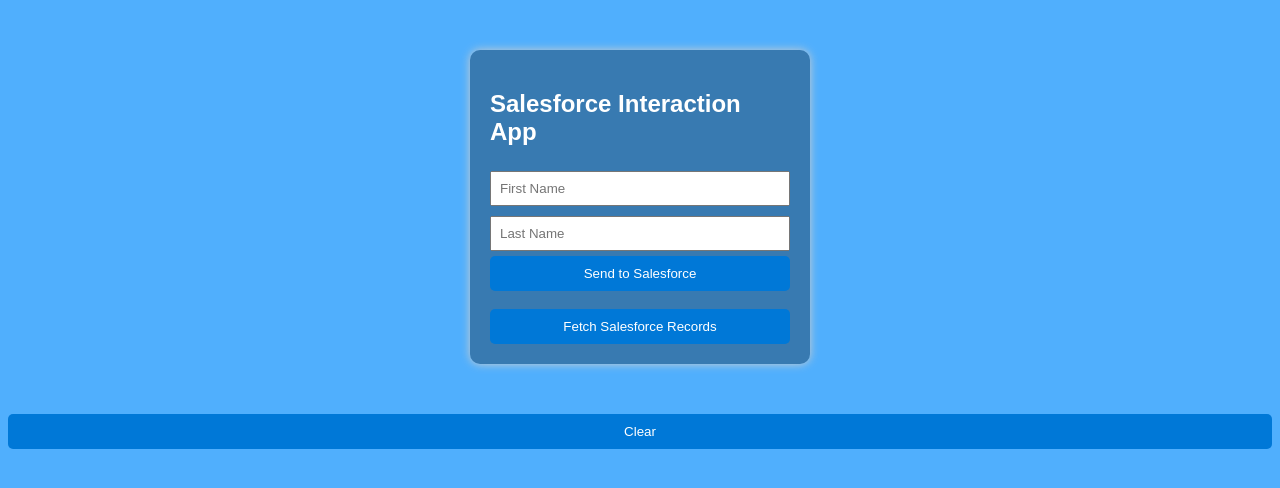
Repository: PamodaW/SalesforceSync
Page: Client/index.html
The author's editor kept a copy of each file at every save. The page is drawn from the files as they stood at one save, then again after the next save.
The browser window is 1280 px wide. The pictures show the whole page.

Above is the page before, as saved 2024-11-20 15:34:30.

### Client/index.html
<!DOCTYPE html>
<html lang="en">
<head>
    <meta charset="UTF-8">
    <meta name="viewport" content="width=device-width, initial-scale=1.0">
    <link rel="stylesheet" href="style.css">
    <title>Salesforce Web App</title>
</head>
<body>
    <div class="Clouds"></div>
    <div class="Clouds"></div>
    <div class="Clouds"></div>
    <div class="container">
        <h2>Salesforce Interaction App</h2>
        <form id="salesforceForm">
            <input type="text" id="firstName" placeholder="First Name" required>
            <input type="text" id="lastName" placeholder="Last Name" required>
            <br/>
            <button type="button" onclick="createRecord()">Send to Salesforce</button>
        </form>
        <br/>
        <button onclick="fetchRecords()">Fetch Salesforce Records</button>
        <br/></div>
        <button onclick="ClearArea()">Clear</button>
        <div id="output"></div>
    </div>
    <script src="script.js"></script>
</body>
</html>

### Client/style.css
body {
    font-family: Arial, sans-serif;
    background-color: #50affd;
}

.container {
    width: 300px;
    margin: 50px auto;
    padding: 20px;
    background: white;
    border-radius: 10px;
    box-shadow: 0 0 10px #ccc;
    background-color: rgba(0, 0, 0, 0.3); /* 30% transparent black background */
    color: #ffffff; /* Text color remains opaque */
}

input {
    width: 100%;
    padding: 8px;
    margin: 5px 0;
    box-sizing: border-box;
}

button {
    width: 100%;
    padding: 10px;
    background: #0078d7;
    color: white;
    border: none;
    border-radius: 5px;
    cursor: pointer;
}

button:hover {
    background: #0056a6;
}

#output {
    margin-top: 20px;
}

### Client/script.js
const consumerKey = "3MVG9DREgiBqN9Wn1tmI.eQb32fXpKrWsCOiPp9anMP.XOEs3Rv7Ic_w7Q17wlZtloetkekoWTk5wvuYA8eFB";
const consumerSecret = "A0E8A1E3413392B2C6332CBA430EEA0D6A9BF24CEB56DDAEEF33126583276774";
const username = "pamodaw@gmail.com";
const password = "Pamzi2020yBm8RGuqKhuSUMUayOxBCQAk";

let accessToken = "";

async function authenticate() {
    try {
        const response = await fetch('http://localhost:3000/authenticate', {
            method: 'POST',
            headers: {
                'Content-Type': 'application/json',
            },
        });

        const data = await response.json();
        if (data.access_token) {
            accessToken = data.access_token;
            instanceUrl = data.instance_url;
            console.log('Authenticated successfully');
        } else {
            console.error('Authentication failed', data);
            alert("Authentication failed: " + JSON.stringify(data));
        }
    } catch (error) {
        console.error('Error during authentication', error);
    }
}


// Step 2: Create a Record in Salesforce
// Assuming the accessToken and instanceUrl are set after authentication

async function createRecord() {
    if (!accessToken || !instanceUrl) {
        await authenticate();
    }

    if (accessToken && instanceUrl) {
        const firstName = document.getElementById("firstName").value;
        const lastName = document.getElementById("lastName").value;

        const newContact = {
            FirstName: firstName,
            LastName: lastName,
        };

        try {
            const response = await fetch('http://localhost:3000/createContact', {  // Matches the server port
                method: 'POST',
                headers: {
                    'Content-Type': 'application/json',
                },
                body: JSON.stringify({
                    accessToken: accessToken,
                    instanceUrl: instanceUrl,
                    contactData: newContact,
                }),
            });

            const data = await response.json();

            if (data.id) {
                console.log('Contact created successfully', data);
                alert(`Contact created successfully: ${data.id}`);
            } else {
                console.error('Failed to create contact', data);
                alert("Failed to create contact: " + JSON.stringify(data));
            }
        } catch (error) {
            console.error('Error during contact creation', error);
        }
    } else {
        console.error('Authentication failed. Cannot create record.');
    }
}



// Step 3: Fetch Records from Salesforce
async function fetchRecords() {
    if (!accessToken || !instanceUrl) {
        await authenticate();
    }

    if (accessToken && instanceUrl) {
        try {
            const response = await fetch('http://localhost:3000/getContacts', {
                method: 'POST',
                headers: {
                    'Content-Type': 'application/json',
                },
                body: JSON.stringify({
                    accessToken: accessToken,
                    instanceUrl: instanceUrl,
                }),
            });

            const contacts = await response.json();

            if (Array.isArray(contacts)) {
                console.log('Contacts fetched successfully:', contacts);
                let output = "<h3>Fetched Contacts:</h3>";
                contacts.forEach(contact => {
                    output += `<p>${contact.FirstName} ${contact.LastName}</p>`;
                });
                document.getElementById('output').innerHTML = output;
            } else {
                console.error('Failed to fetch contacts', contacts);
                alert("Failed to fetch contacts: " + JSON.stringify(contacts));
            }
        } catch (error) {
            console.error('Error during contact fetch', error);
        }
    } else {
        console.error('Authentication failed. Cannot fetch contacts.');
    }
}

//clear the Area
async function ClearArea(){
    document.getElementById('output')
            .innerHTML = "";
}

After the next save:
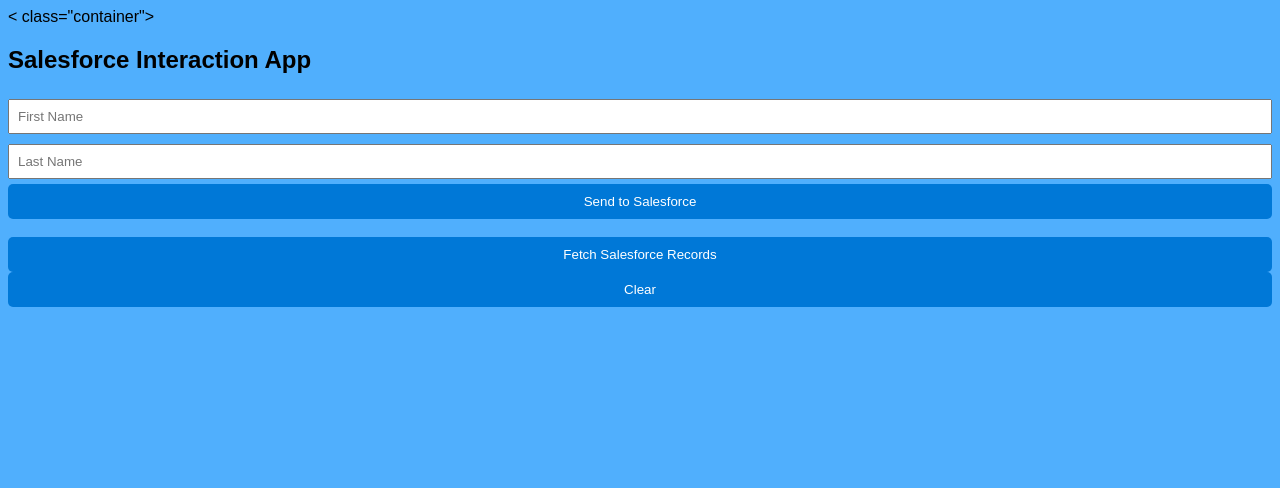
Saved 4 s later.
--- a/Client/index.html
+++ b/Client/index.html
@@ -10,7 +10,7 @@
     <div class="Clouds"></div>
     <div class="Clouds"></div>
     <div class="Clouds"></div>
-    <div class="container">
+    < class="container">
         <h2>Salesforce Interaction App</h2>
         <form id="salesforceForm">
             <input type="text" id="firstName" placeholder="First Name" required>
@@ -20,7 +20,7 @@
         </form>
         <br/>
         <button onclick="fetchRecords()">Fetch Salesforce Records</button>
-        <br/></div>
+        <br/>
         <button onclick="ClearArea()">Clear</button>
         <div id="output"></div>
     </div>
